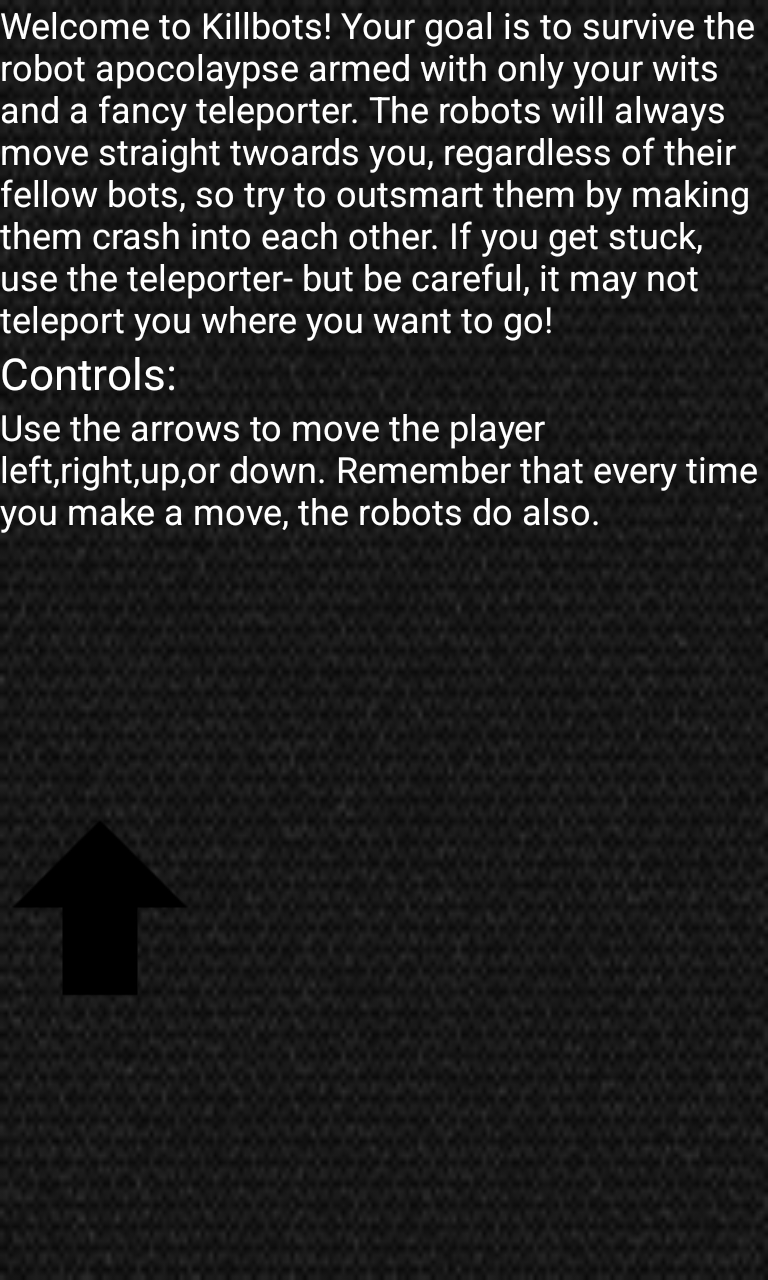
Repository: Tacohen/Killbots
Layout: Killbots/res/layout/how_to_play.xml
These files come from the project's save history. The layout is drawn as it stood at one moment and after the next save; the edit follows.
It is drawn on a 768 x 1280 px phone screen (xhdpi) without system bars, with theme AppTheme; the app's code is not run.

Above is the layout before, as saved 2013-12-09 02:03:20.

After the next save:
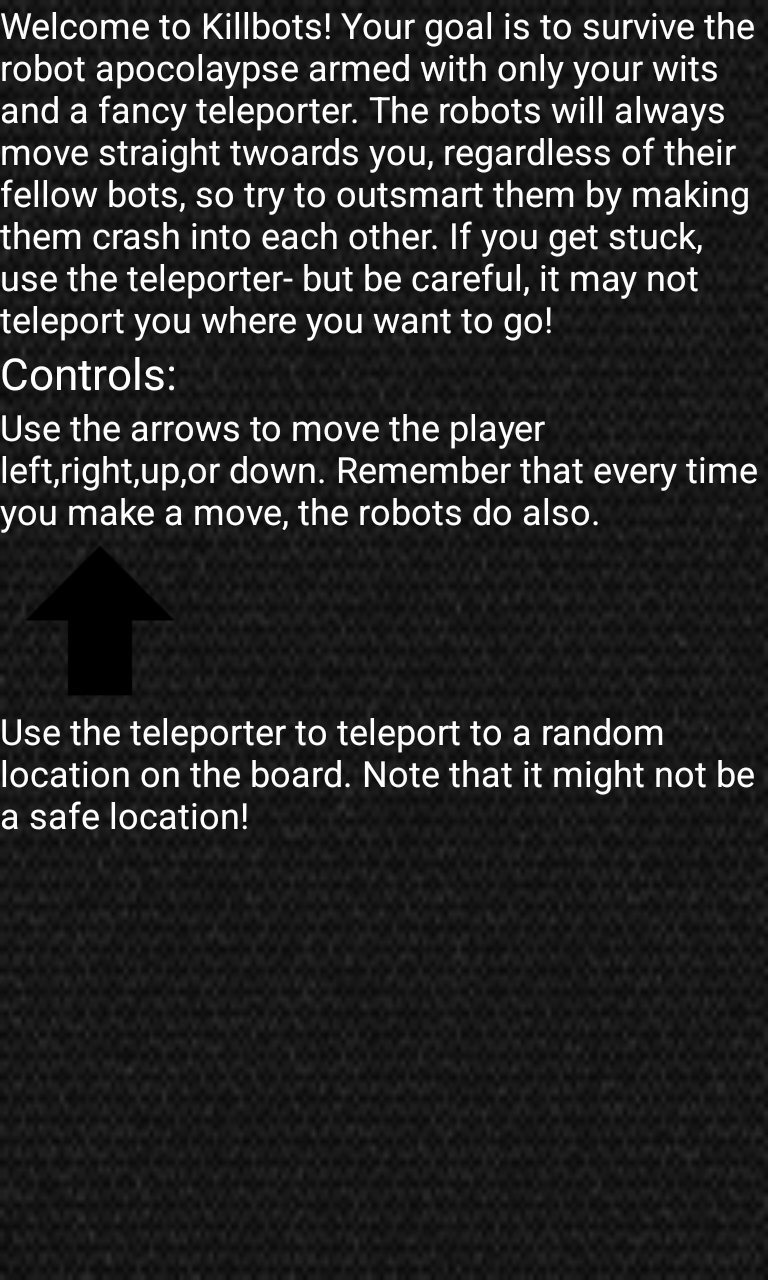
Saved 33 s later.
--- a/Killbots/res/layout/how_to_play.xml
+++ b/Killbots/res/layout/how_to_play.xml
@@ -1,9 +1,14 @@
 <?xml version="1.0" encoding="utf-8"?>
-<LinearLayout xmlns:android="http://schemas.android.com/apk/res/android"
-    android:layout_width="match_parent"
-    android:layout_height="match_parent"
+<ScrollView xmlns:android="http://schemas.android.com/apk/res/android"
+    android:layout_width="fill_parent"
+    android:layout_height="fill_parent"
     android:background="@drawable/binding_dark"
-    android:orientation="vertical" >
+    >
+	<LinearLayout
+    	android:orientation="vertical"
+    	android:layout_width="fill_parent"
+    	android:layout_height="fill_parent"
+        android:stretchColumns="1">
 
     <TextView
         android:id="@+id/overviewText"
@@ -43,6 +48,5 @@
         android:text="Use the teleporter to teleport to a random location on the board. Note that it might not be a safe location!"
         android:textAppearance="?android:attr/textAppearanceMedium" />
 
-
-
 </LinearLayout>
+</ScrollView>
